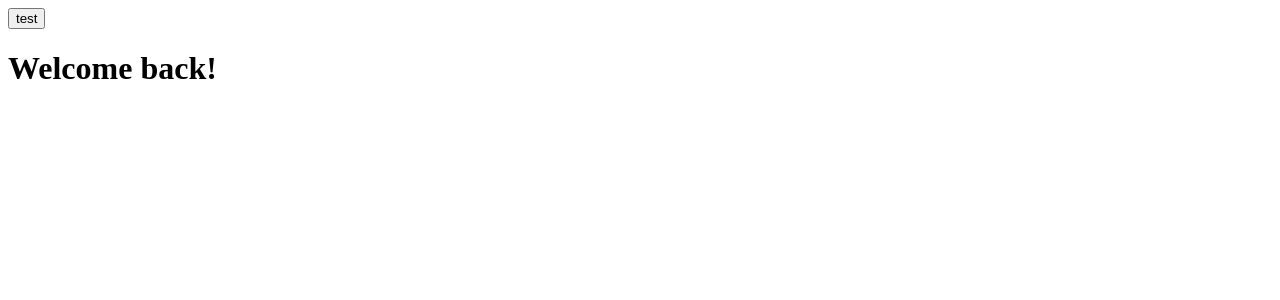
Repository: Leeminsu67/react-for-beginners
Page: /
These files come from the project's save history. The page is drawn as it stood at one moment and after the next save; the edit follows.
The browser window is 1280 px wide. The pictures show the whole page.
The project was rebuilt for these pictures with package versions that can differ from the ones it lists, and the page was loaded fresh each time.

Above is the page before, as saved 2024-08-02 15:31:10.

After the next save:
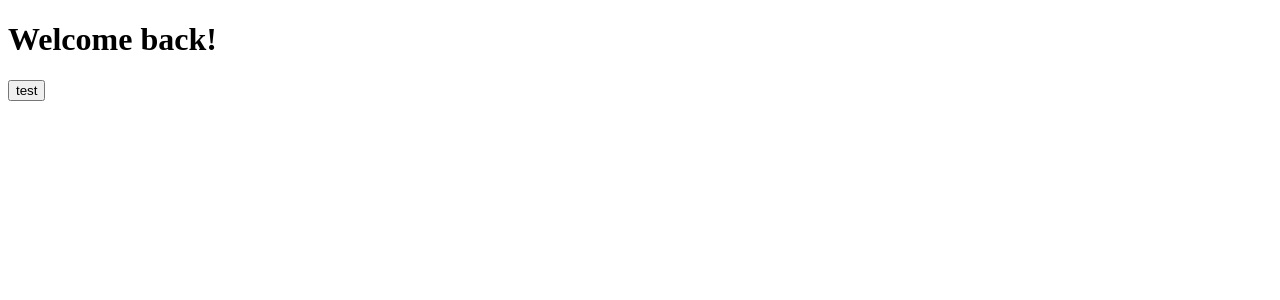
Saved 14 s later.
--- a/src/App.js
+++ b/src/App.js
@@ -3,8 +3,8 @@ import Button from "./Button";
 function App() {
   return (
     <>
+      <h1>Welcome back!</h1>
       <Button text="test" />
-      <h1>Welcome back!</h1>
     </>
   );
 }
